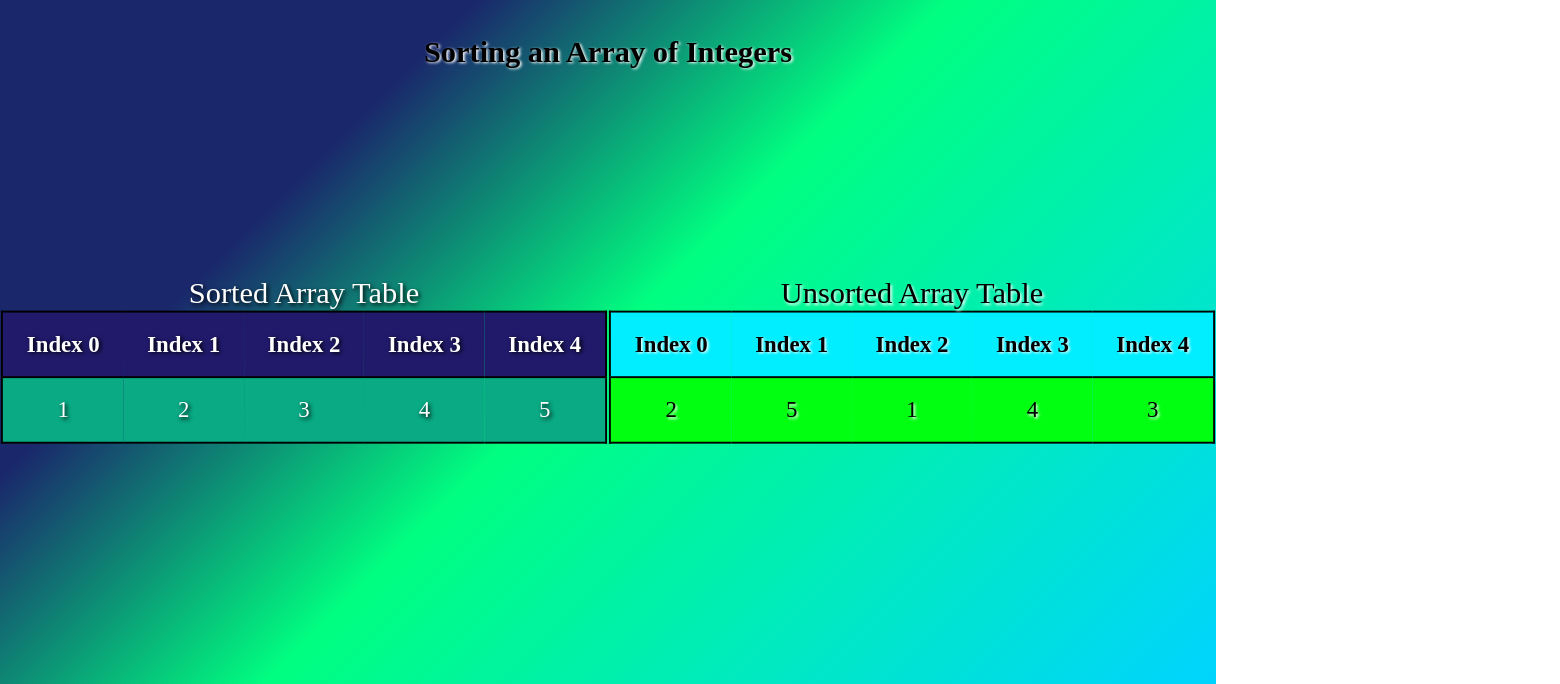
Repository: mlmEFSC21/P16-Sorting-Integers
Page: sort.html
An editor plug-in stored every save of this project. The page is shown before and after the next save, followed by the edit.
The browser window is 1280 px wide. The page is 1280 px wide, then 1642 px, so the pictures cover 1642 px, including what lies to the right of the window. The pictures show the whole page, at 95% of full size.

Above is the page before, as saved 2022-03-26 08:34:14.

After the next save:
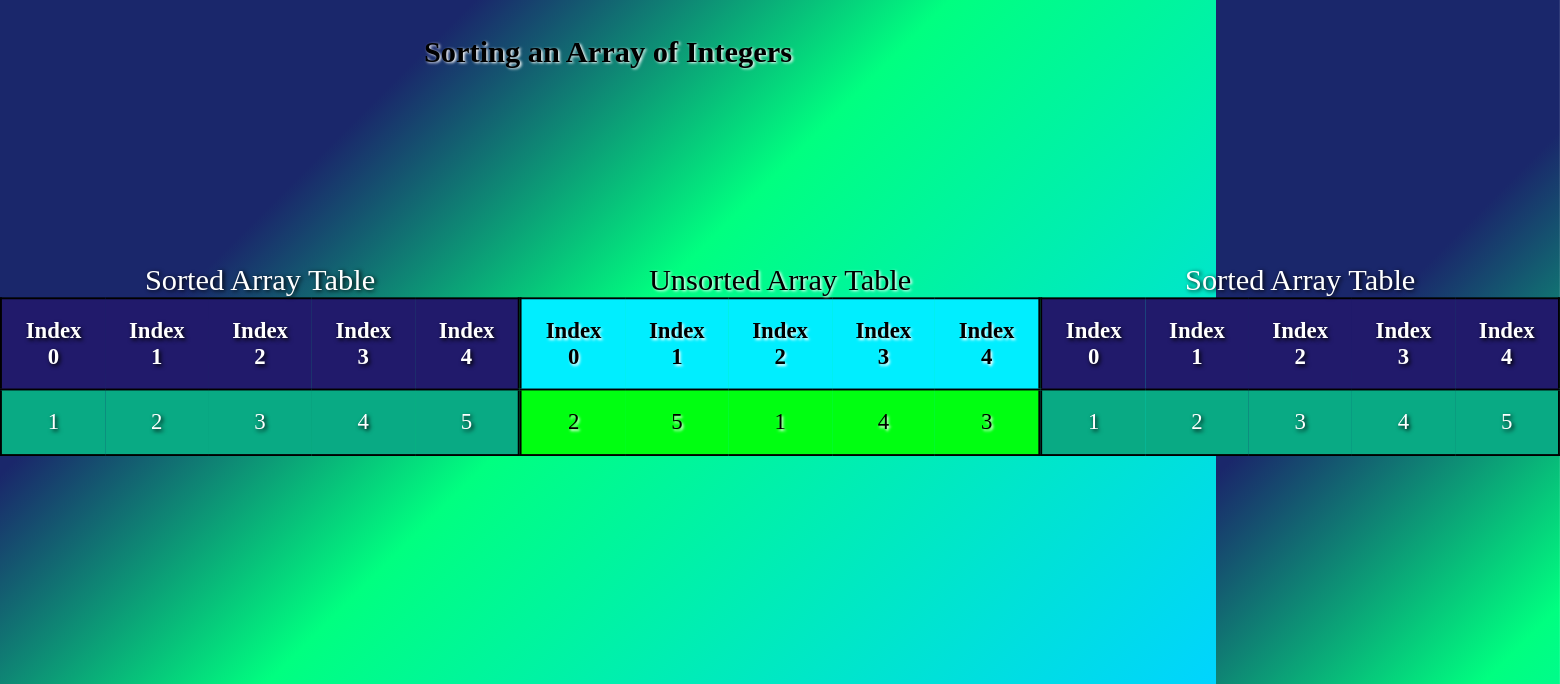
Saved 21 s later.
--- a/sort.js
+++ b/sort.js
@@ -38,25 +38,26 @@ arrayContainer.append(unsortedTable);
 
 sortedTable.innerHTML = `
 <caption>
-                        Sorted Array Table
-                    </caption>
-                    <thead>
-                        <th>Index 0</th>
-                        <th>Index 1</th>
-                        <th>Index 2</th>
-                        <th>Index 3</th>
-                        <th>Index 4</th>
-                    </thead>
-                    <tbody>
-                        <tr>
-                            <td>1</td>
-                            <td>2</td>
-                            <td>3</td>
-                            <td>4</td>
-                            <td>5</td>
-                        </tr>
-                    </tbody>`;
+Sorted Array Table
+</caption>
+<thead>
+<th>Index 0</th>
+<th>Index 1</th>
+<th>Index 2</th>
+<th>Index 3</th>
+<th>Index 4</th>
+</thead>
+<tbody>
+<tr>
+<td>1</td>
+<td>2</td>
+<td>3</td>
+<td>4</td>
+<td>5</td>
+</tr>
+</tbody>`;
 
+arrayContainer.append(sortedTable);
 // const unsortedTable = document.createElement("table");
 // unsortedTable.setAttribute("class", "unsortedTable");
 // arrayContainer.append(unsortedTable);
